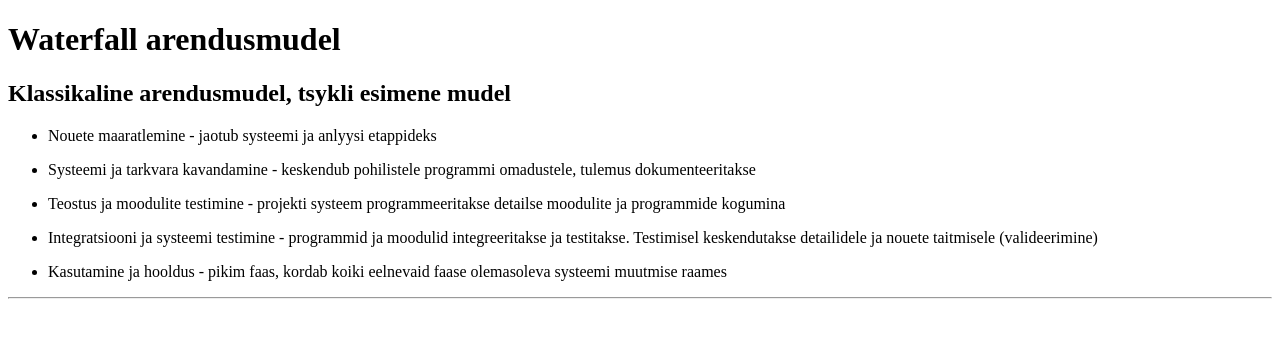
Repository: annemariv/Targe24
Page: elutsykkel/waterfall.html
These files come from the project's save history. The page is drawn as it stood at one moment and after the next save; the edit follows.
The browser window is 1280 px wide. The pictures show the whole page.

Above is the page before, as saved 2024-11-06 18:51:13.

After the next save:
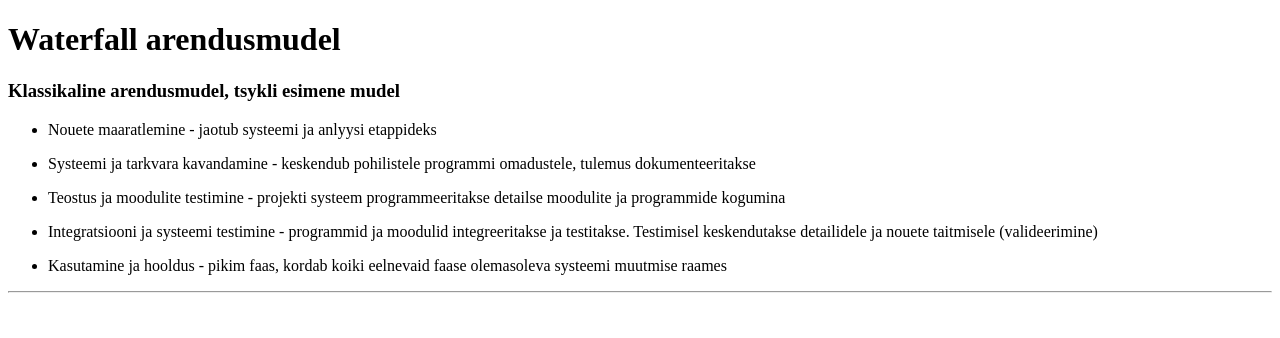
Saved 5 s later.
--- a/elutsykkel/waterfall.html
+++ b/elutsykkel/waterfall.html
@@ -14,7 +14,7 @@
         <!--tabel, mis loetleb head ja vead ()-->
     </p>
     <h1>Waterfall arendusmudel</h1>
-    <h2>Klassikaline arendusmudel, tsykli esimene mudel</h2>
+    <h3>Klassikaline arendusmudel, tsykli esimene mudel</h3>
     <ul>
         <li>
             <p>Nouete maaratlemine - jaotub systeemi ja anlyysi etappideks</p>
